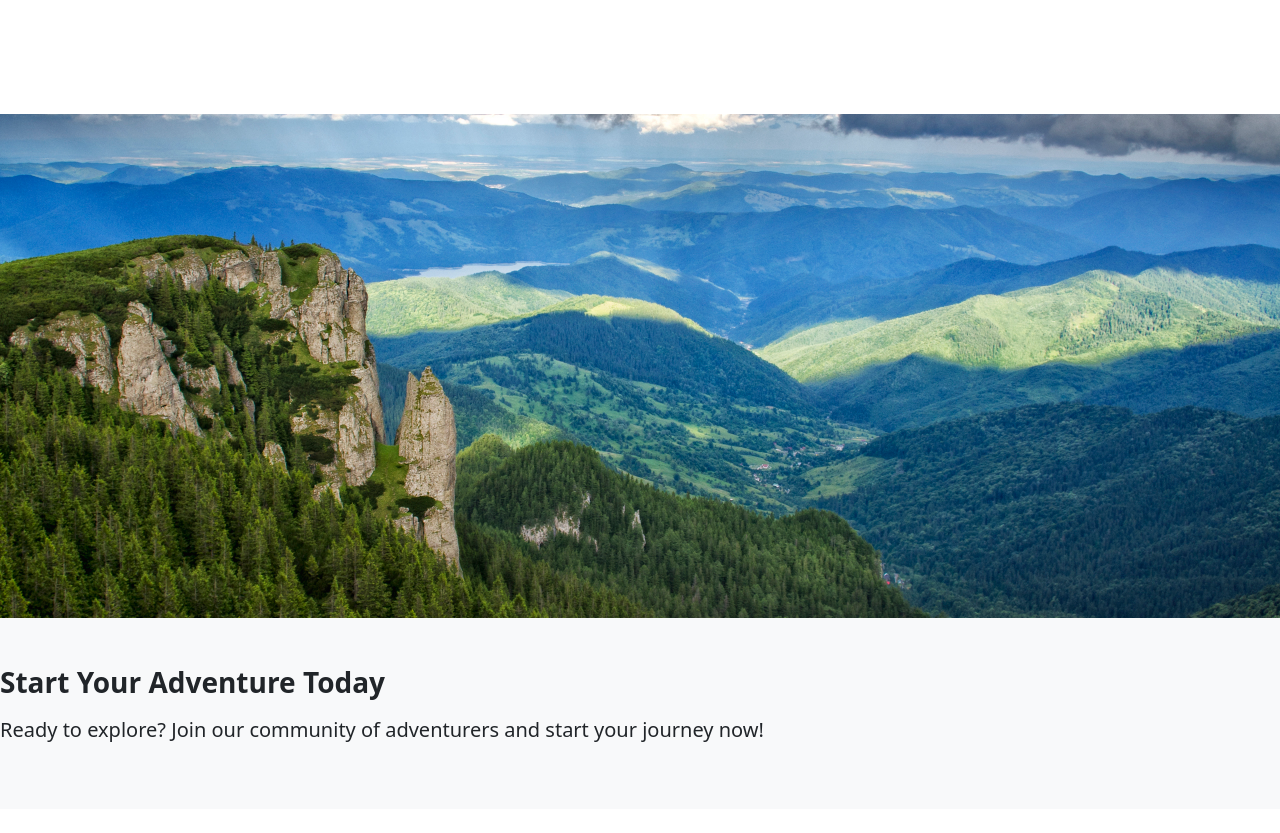
Repository: bettowww/TravelDSA
Page: /home
An editor plug-in stored every save of this project. The page is shown before and after the next save, followed by the edit.
The browser window is 1280 px wide. The pictures show the whole page.
The project was rebuilt for these pictures with package versions that can differ from the ones it lists, and the page was loaded fresh each time. The framework's server and built-in components were replaced by stand-ins that run in the browser. Also part of the build but not shown: next.config.mjs.

Above is the page before, as saved 2024-12-10 14:20:26.

After the next save:
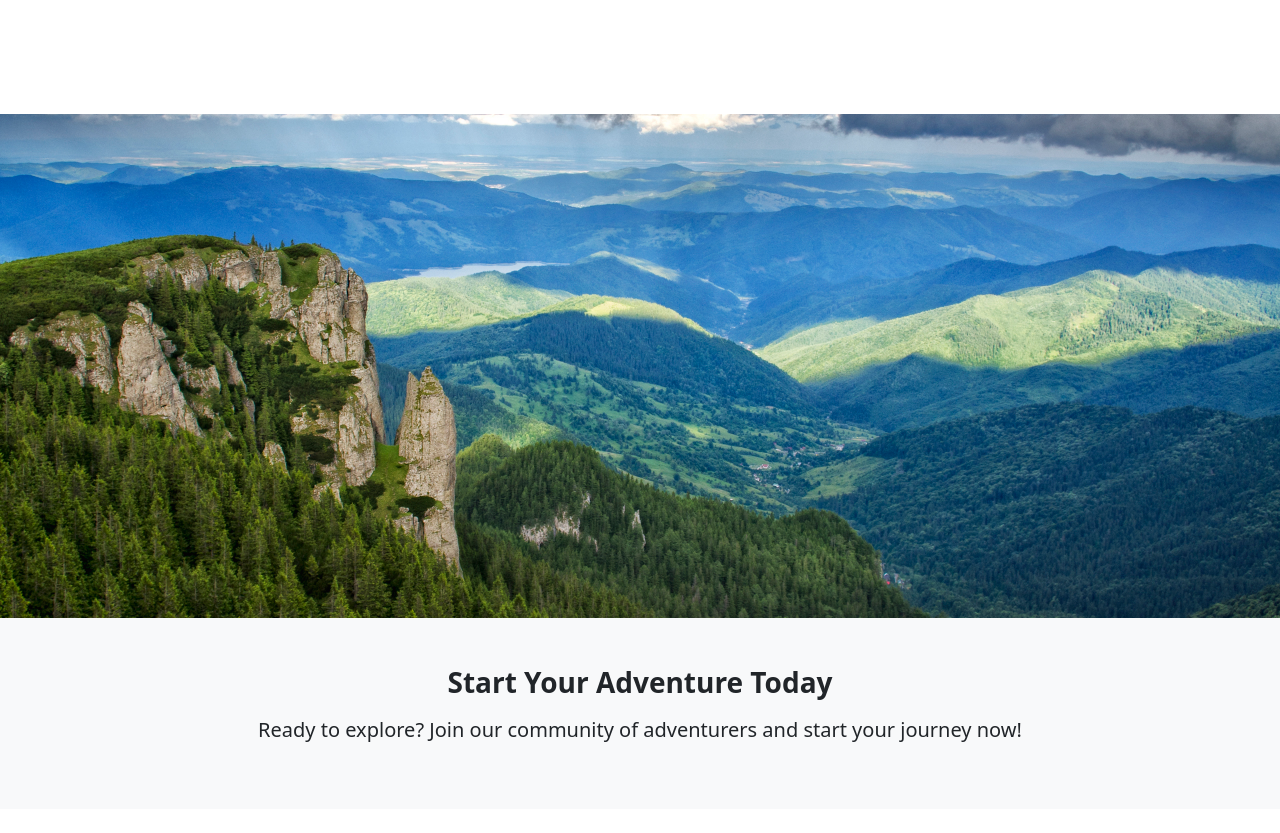
Saved 15 s later.
--- a/app/home/page.jsx
+++ b/app/home/page.jsx
@@ -37,7 +37,7 @@ const HomePage = () => {
 
       {/* Call to Action Section */}
       <section className="py-5 bg-light">
-        <div>
+        <div className="container text-center">
           <h3 className="fw-bold mb-3">Start Your Adventure Today</h3>
           <p className="lead">
             Ready to explore? Join our community of adventurers and start your
